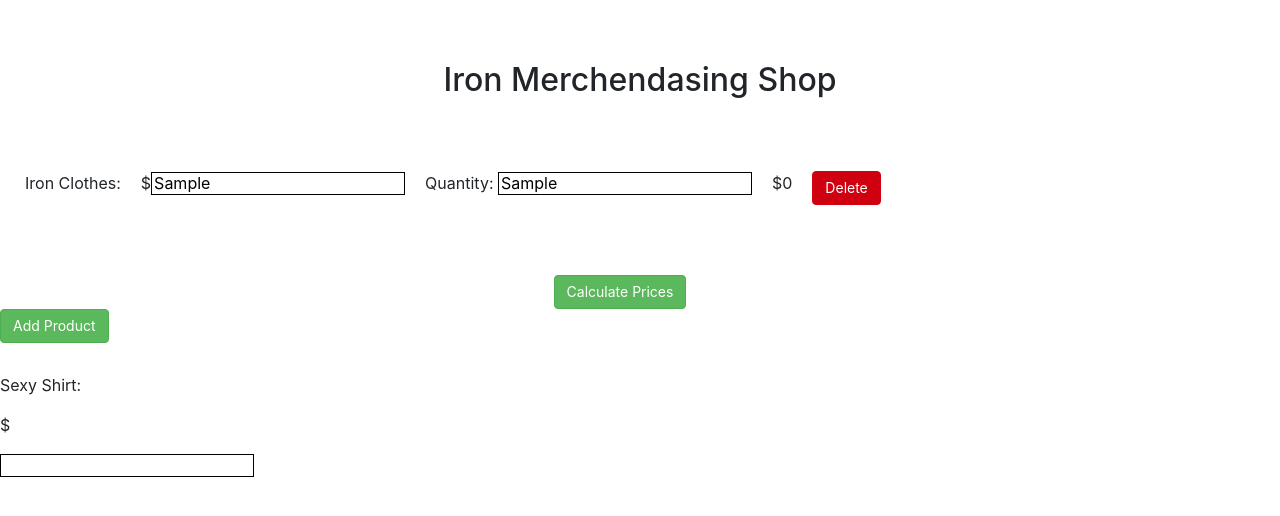
Repository: konstantin0s/lab-cart-DOM
Page: index.html
These files come from the project's save history. The page is drawn as it stood at one moment and after the next save; the edit follows.
The browser window is 1280 px wide. The pictures show the whole page.
Empty fields were first filled with sample values (such as "Sample", 5 or name@example.com).
After loading, the first visible `#addExtra` was clicked once.
Some web libraries are served in a nearby version.

Above is the page before, as saved 2019-02-01 23:51:23.
Console error: TypeError: Cannot set properties of null (setting 'onclick')

### index.html
<!DOCTYPE html>
<html lang="en">
<head>
  <meta charset="UTF-8">
  <meta name="viewport" content="width=device-width, initial-scale=1.0">
  <meta http-equiv="X-UA-Compatible" content="ie=edge">
  <link rel="stylesheet" href="https://stackpath.bootstrapcdn.com/bootstrap/4.2.1/css/bootstrap.min.css">
  <link rel="stylesheet" href="https://cdnjs.cloudflare.com/ajax/libs/normalize/5.0.0/normalize.min.css">
  <link rel="stylesheet" href="./css/style.css">
  <title>Ironhack cart</title>
</head>

<body>
  <h1  class="title">Iron Merchendasing Shop</h1>
  <div class="container">
    <div class="product">
      <span class="proName">
      Iron Clothes:
      </span>
    </div>
    <div class="cost">
      <!-- <span class="costUnit">
          30
      </span> -->
      <label for="cost">
          $<input type="text" placeholder="30" id="costUnit">
      </label>
    </div>
    <div class="input">
      <label for="unit">
         Quantity:
      </label>
      <input type="text" placeholder="Add Quantity" id="quantity">
    </div>
    <div class="totalP">
      <span class="price">
        $0
      </span>
    </div>

    <div class="remove">
      <button class="button btn-delete" type="button">Delete</button>
    </div>
  </div>

    <div class="calculate">
      <button type="button" class="button btn-success" id="calc-prices-button">Calculate Prices</button>
    </div>

    <div class="addProductButton">
      <button type="button" class="button btn-success" id="addExtra">Add Product</button>
    </div>

    <div class="newRowItems">

    </div>

      <script type="text/javascript" src="./js/index.js"></script>

</body>
</html>

### css/style.css

body{
  background-color: rgb(red, green, blue)
}

.title {
  text-align: center;
  padding: 40px;
}

.container {
  display: flex;
  margin-right: 230px;
}

input {
  border: solid 1px black;
}

.button {
  display: inline-block;
  padding: 6px 12px;
  margin-bottom: 0;
  font-size: 14px;
  font-weight: 400;
  line-height: 1.42857143;
  text-align: center;
  white-space: nowrap;
  vertical-align: middle;
  -ms-touch-action: manipulation;
  touch-action: manipulation;
  cursor: pointer;
  -webkit-user-select: none;
  -moz-user-select: none;
  -ms-user-select: none;
  user-select: none;
  background-image: none;
  border: 1px solid transparent;
  border-radius: 4px;
}

.btn-success {
    color: #fff;
    background-color: #5cb85c;
    border-color: #4cae4c;
}

.product {
  margin: 10px;

}

.cost {
  margin: 10px;

}

.input {
  margin: 10px;
}

.totalP {
  margin: 10px;
}

.calculate {
  display: flex;
  flex-direction: column;
  align-items: center;
  margin-top: 60px;
  margin-left: -40px;
}

.remove {
  margin: 10px;
}

.btn-delete {
    color: #fff;
    background-color: #CF000F;
    border-color: #CF000F;
}

.quantity {
  margin: 0px 5px;
  height: 30px;
}

.newRowItems {
  position: relative;
  top: 30px;
  width: 300px;
  height: 300px;
}

### js/index.js


  document.getElementById("calc-prices-button").addEventListener("click", getTotalPrice);
  document.getElementById("addExtra").addEventListener("click", createNewItemRow);

//         var clickedElement = event.target;
//         var parentElement = event.target.parentElement;

//         Retrieves the unit price of the product
// Retrieves the quantity of items desired
// Calculates the total price based on this data
// Updates the total price in the DOM
// getPriceByProduct();




function deleteItem(e){

}

function getPriceByProduct(itemNode){

}


function updatePriceByProduct(productPrice, index){

}

function getTotalPrice(result) {
   var getQuantity = parseInt(document.getElementById('costUnit').value);
   var getInput = parseFloat(document.getElementById('quantity').value);
   var result = getQuantity * getInput;

    if (!result) {
    document.getElementsByClassName("totalP")[0].innerHTML = "Please Enter Numbers";
  } else {
    document.getElementsByClassName("totalP")[0].innerHTML = "Total price is = $" + result;
  }
}

function createQuantityInput(){

}

function createDeleteButton(){

}

function createQuantityNode(){

}

function createItemNode(dataType, itemData){

}

function createNewItemRow(itemName, itemUnitPrice){
  var para = document.createElement("P");                       // Create a <p> element
  itemName = document.createTextNode("Sexy Shirt: ");      // Create a text node
  para.appendChild(itemName);                                          // Append the text to <p>
  document.getElementsByClassName("newRowItems")[0].appendChild(para);

  var label = document.createElement("LABEL");
  var par = document.createElement("P");                       // Create a <p> element
  var dollar = document.createTextNode("$");
  par.appendChild(dollar);
  itemUnitPrice = document.createElement("INPUT");
  label.appendChild(itemUnitPrice);
  document.getElementsByClassName('newRowItems')[0].appendChild(par);
  document.getElementsByClassName('newRowItems')[0].appendChild(label);

}

function createNewItem(){

}

window.onload = function(){
  var calculatePriceButton = document.getElementById('calc-prices-button');
  var createItemButton = document.getElementById('new-item-create');
  var deleteButtons = document.getElementsByClassName('btn-delete');

  calculatePriceButton.onclick = getTotalPrice;
  createItemButton.onclick = createNewItem;

  for(var i = 0; i<deleteButtons.length ; i++){
    deleteButtons[i].onclick = deleteItem;
  }
};

After the next save:
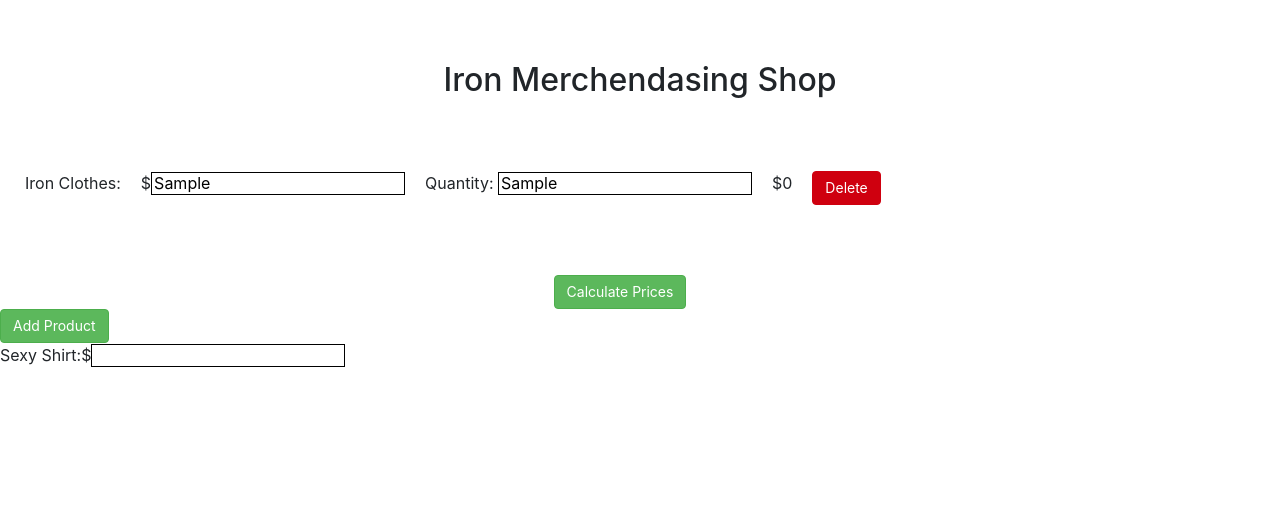
Saved 59 s later.
--- a/css/style.css
+++ b/css/style.css
@@ -87,8 +87,6 @@ input {
 }
 
 .newRowItems {
-  position: relative;
-  top: 30px;
-  width: 300px;
-  height: 300px;
+  display: flex;
+  margin-right: 230px;
 }
